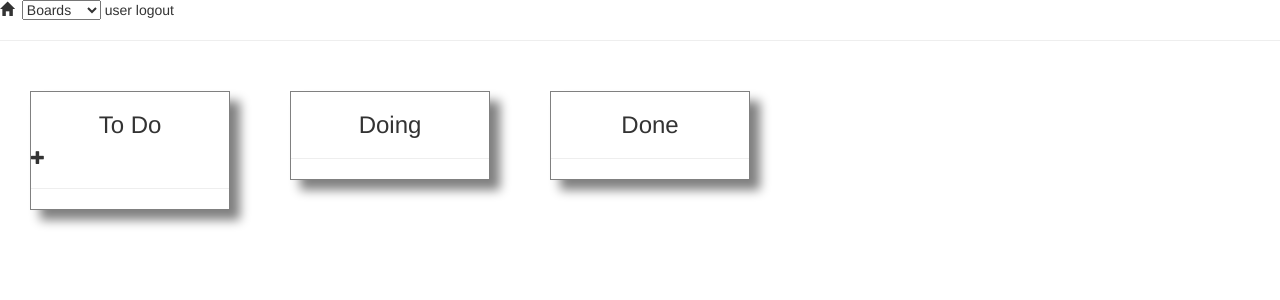
Repository: KIM-KYOUNG-OH/bitcamp-window
Page: Note/WebContent/front/note.html
These files come from the project's save history. The page is drawn as it stood at one moment and after the next save; the edit follows.
The browser window is 1280 px wide. The pictures show the whole page.

Above is the page before, as saved 2020-10-30 09:04:47.

### Note/WebContent/front/note.html
<!DOCTYPE html>
<html>
<head>
<meta charset="UTF-8">
<title>Insert title here</title>
<!-- Latest compiled and minified CSS -->
<link rel="stylesheet" href="https://maxcdn.bootstrapcdn.com/bootstrap/3.4.1/css/bootstrap.min.css">

<!-- jQuery library -->
<script src="https://ajax.googleapis.com/ajax/libs/jquery/3.5.1/jquery.min.js"></script>

<!-- Latest compiled JavaScript -->
<script src="https://maxcdn.bootstrapcdn.com/bootstrap/3.4.1/js/bootstrap.min.js"></script>
<script src="https://code.jquery.com/jquery-3.5.0.js"></script>
<style type="text/css">
	div.boards{
		float: left;
		margin: 30px;
		border: 1px solid gray;
		box-shadow: 10px 10px 10px grey;
		width: 200px;
	}

	div.boards h3{
		text-align: center;
	}

	#create_data{
		text-align: right;
	}

	.board_title{
		display: none;
	}

	.icon{
		text-align: right;
	}

	.add_data:hover{
		cursor: pointer;
		font-weight: bold;
		color: green;
	}

	#dialog-form>form{
		position: absolute;
		left: 100px;
		top: 100px;
		width: 300px;
		border: 1px solid black;
		background-color: white;
		z-index: 10;
		padding: 10px;
	}

	#update-form>form{
		position: absolute;
		left: 100px;
		top: 100px;
		width: 300px;
		border: 1px solid black;
		background-color: white;
		z-index: 10;
		padding: 10px;
	}

	div.lst:hover{
		background-color: rgb(211,211,211);
		cursor: pointer;

	}

	div.lst{
		margin: 5px;
	}

	img.imgs{
		width: 188px;
	}

</style>
</head>
<script type="text/javascript">
$(function(){
	$("#dialog-form").hide();
	$('#update-form').hide();
	showDatas();

	$("#create_data").click(function(){
		$("#dialog-form").show();
	});

	// 노트 추가
	$("#btnadd").click(function(){
		var title = $("#title").val();
		var description = $("#description").val();
		var imageValue = $("#image").val().split("\\");
		var image = imageValue[imageValue.length-1];
		var dueDate = $("#dueDate").val();
		$.ajax({
			type:'get',
			url:'./insertdata.jsp',
			datatype:'html',
			data:{"title":title,"description":description,
				"image":image,"dueDate":dueDate},
			success:function(data){
				showDatas();
			}
		});
	});

	// insert폼창 닫기
	$("#btncancel").click(function(){
		$("#title").val('');
		$("#description").val('');
		$("#comment").val('');
		$("#image").val('');
		$("#dueDate").val('');
		$("#dialog-form").hide();
	});

	// 데이터 클릭시 form창 열기
	$(document).one('click', 'div.lst', function(data) {
		$('#update-form').show();
		var num = $(this).attr("num");
		showFormData(num);
	})

	// update폼창 닫기
	$('#up_btncancel').click(function(){
		//$("#up_title").val('');
		//$("#up_description").val('');
		//$("#up_comment").val('');
		//$("#up_image").val('');
		//$("#up_dueDate").val('');
		$('#update-form').hide();
	});

	// update
	$("#btnupdate").click(function(){
		var num = $("#up_title").attr('num');
		var title = $("#up_title").val();
		var description = $("#up_description").val();
		var commention = $("#up_comment").val();
		console.log(commention);
		var imageValue = $("#up_image").val().split("\\");
		var image = imageValue[imageValue.length-1];
		var dueDate = $("#up_dueDate").val();
		updateData(num,title,description,commention,image,dueDate);
	});

	//insert form창 작은 이미지
	$("#image").change(function(){
		console.log("1:"+$(this)[0].files.length);
		console.log("2:"+$(this)[0].files[0]);

		if($(this)[0].files[0]){
			var reader = new FileReader();
			reader.onload=function(e){
				$("#showimg").attr("src",e.target.result);
			}
			reader.readAsDataURL($(this)[0].files[0]);
		}
	});

	//update form창 작은 이미지
	$("#up_image").change(function(){
		console.log("1:"+$(this)[0].files.length);
		console.log("2:"+$(this)[0].files[0]);

		if($(this)[0].files[0]){
			var reader = new FileReader();
			reader.onload=function(e){
				$("#up_showimg").attr("src",e.target.result);
			}
			reader.readAsDataURL($(this)[0].files[0]);
		}
	});

	$("#chat").click(function(){
		var a = localStorage['email'].split('@');
		var name = a[0];
		var t = $("#up_comment").html();
		var message = $("#up_input_comment").val();
		var s = name + ">><br>&nbsp;" +message+"<br>";
		$("#up_input_comment").val('');
		t += s;
		if(message.length>0){
			$("#up_comment").html(t);
		}
	});

	// delete
	$("#btndelete").click(function(){
		var num = $("#up_title").attr('num');
		console.log(num);
		deleteData(num);
	});
});

function deleteData(num){
	$.ajax({
		type: 'get',
		url: './deletedata.jsp',
		dataType: 'html',
		data: {"num":num},
		success:function(data){
			showDatas();
		}
	});
}

function updateData(num,title,description,commention,image,dueDate){
	$.ajax({
		type: 'get',
		url: './updatedata.jsp',
		dataType: 'html',
		data:{"num":num,"title":title,"description":description,"commention":commention,
			"image":image,"dueDate":dueDate},
		success:function(data){
			showDatas();
		}
	});
}

function showFormData(num){
	$.ajax({
		type: 'post',
		url: "./getdata.jsp",
		dataType:'json',
		data:{"num":num},
		success:function(data){
			$("#up_title").attr('num',data.num);
			$("#up_title").val(data.title);
			$("#up_description").val(data.description);
			var s = data.commention;
			$("#up_comment").html(s);
			//$("#up_image").val(data.image);
			$("#up_dueDate").val(data.dueDate);

		}
	});
}

function showDatas(){
	$.ajax({
		type: 'post',
		url: "./showdatas.jsp",
		dataType:'json',
		success:function(data){
			var s = '';
			$(data).each(function(i, elt) {
				s += "<div class='lst' num='"+elt.num+"'>";
				s += "<b>"+(i+1)+". <span id='key'>"+elt.title+ "</span></b><br>";
				if(elt.description){
					s += "<span class='glyphicon glyphicon-align-left'></span><br>";
				}
				if(elt.image){
					s += "<img class='imgs' src='../image/"+elt.image+"'>";
				}
				s += "</div><hr>";
			});

			$("#datas").html(s);
		}
	});
}

</script>
<body>
<div id="dialog-form">
  <form>
	<fieldset>
	<h4 style='text-align: center;'><b>노트 추가</b></h4><br>
		<label>title</label><br>
		<input type="text" id="title" placeholder="노트명 입력"><br>
		<label>description</label><br>
		<textarea id="description" rows='8' cols='35'></textarea><br>
		<label>image</label>
		<input type="file" accept="image/*" id="image"><br>
		<img id = "showimg" style="width:140px;"><br>
		<label>dueDate</label>
		<input type="date" id="dueDate"><br>
		<button id="btnadd" type="submit" class="btn btn-success">노트 추가</button>&nbsp;
		<button id="btncancel" type='button' class="btn btn-danger">cancel</button>
	</fieldset>
  </form>
</div>

<div id="update-form">
  <form>
	<fieldset>
	<h4 style='text-align: center;'><b>노트 정보</b></h4><br>
		<label>title</label><br>
		<input type="text" id="up_title" placeholder="노트명 입력"><br>
		<label>description</label><br>
		<textarea id="up_description" style='overflow:scroll; width:268px; height: 166px;' rows='8' cols='35'></textarea><br>
		<label>commention</label><br>
		<input type="text" id="up_input_comment" placeholder="코멘트 입력">
		&nbsp;<button type="button" id='chat' class="btn btn-success" style="height: 28px; width: 80px; ">Enter</button><br>
		<div id="up_comment" style='overflow:scroll; width:268px; height: 166px;'></div><br>
		<label>image</label>
		<input type="file" accept="image/*" id="up_image"><br>
		<img id = "up_showimg" style="width:140px;"><br>
		<label>dueDate</label>
		<input type="date" id="up_dueDate"><br>
		<button id="btnupdate" type="submit" class="btn btn-success">노트 수정</button>&nbsp;
		<button id="btndelete" type="submit" class="btn btn-warning">노트 삭제</button>&nbsp;
		<button id="up_btncancel" type='button' class="btn btn-danger">cancel</button>
	</fieldset>
  </form>
</div>

<div id='head'></div>
	<span class="glyphicon glyphicon-home"></span>&nbsp;
	<select>
		<option>Boards</option>
		<option>Calendar</option>
	</select>
	<span id='user'>user</span>
	<span>logout</span>
	<hr>
<div id='body'></div>
	<div class='boards'><h3>To Do</h3>
	<span class="add_data glyphicon glyphicon-plus" id='create_data'></span>
	<hr>
	<div id='datas' class='daaas'></div>
</div>

	<div class='boards'><h3>Doing</h3>
	<hr></div>
	<div class='boards'><h3>Done</h3>
	<hr></div>
</body>
</html>

After the next save:
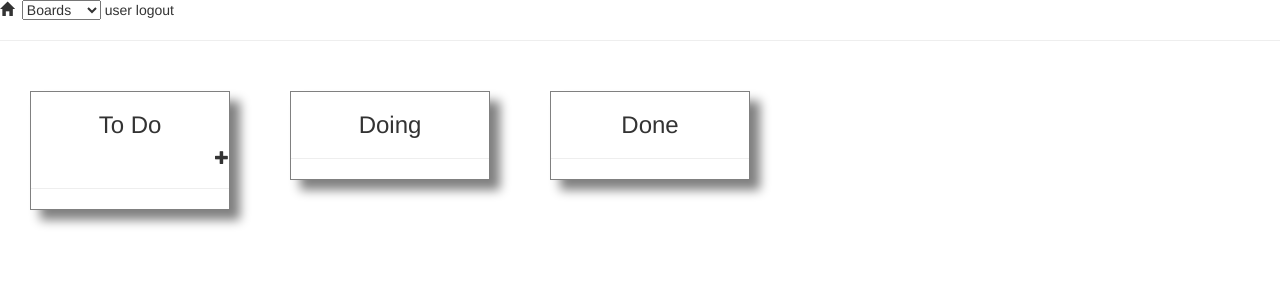
Saved 72 s later.
--- a/Note/WebContent/front/note.html
+++ b/Note/WebContent/front/note.html
@@ -14,6 +14,7 @@
 <script src="https://code.jquery.com/jquery-3.5.0.js"></script>
 <style type="text/css">
 	div.boards{
+		text-align: right;
 		float: left;
 		margin: 30px;
 		border: 1px solid gray;
@@ -23,10 +24,6 @@
 
 	div.boards h3{
 		text-align: center;
-	}
-
-	#create_data{
-		text-align: right;
 	}
 
 	.board_title{

After the save that followed:
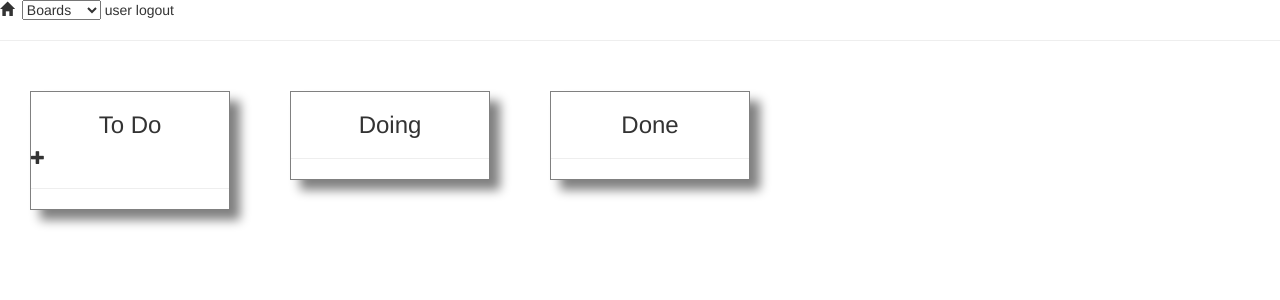
Saved 13 s later.
--- a/Note/WebContent/front/note.html
+++ b/Note/WebContent/front/note.html
@@ -14,7 +14,6 @@
 <script src="https://code.jquery.com/jquery-3.5.0.js"></script>
 <style type="text/css">
 	div.boards{
-		text-align: right;
 		float: left;
 		margin: 30px;
 		border: 1px solid gray;
